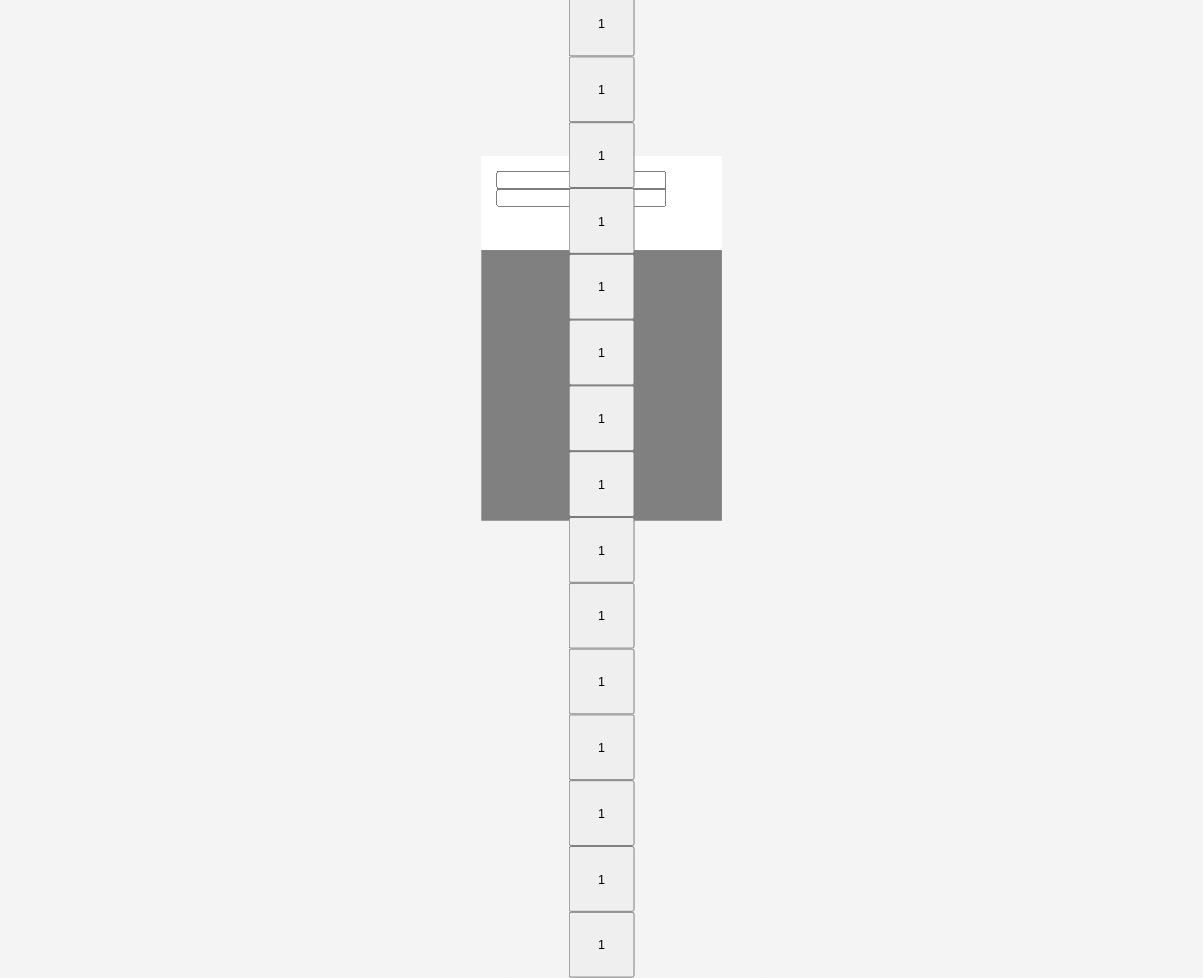
Repository: DNature/calc
Page: index.html
The author's editor kept a copy of each file at every save. The page is drawn from the files as they stood at one save, then again after the next save.
The browser window is 1280 px wide. The pictures show the whole page, at 94% of full size.

Above is the page before, as saved 2019-11-20 23:48:59.

### index.html
<!DOCTYPE html>
<html lang="en">
  <head>
    <meta charset="UTF-8" />
    <meta name="viewport" content="width=device-width, initial-scale=1.0" />
    <meta http-equiv="X-UA-Compatible" content="ie=edge" />
    <link rel="stylesheet" href="css/style.css" />
    <title>Calculator</title>
  </head>
  <body>
    <div class="calculator">
      <div class="output">
        <input type="number" id="subField" />
        <input type="number" id="mainField" />
      </div>

      <div class="inputs">
        <button class="button">1</button>
        <button class="button">1</button>
        <button class="button">1</button>
        <button class="button">1</button>
        <button class="button">1</button>
        <button class="button">1</button>
        <button class="button">1</button>
        <button class="button">1</button>
        <button class="button">1</button>
        <button class="button">1</button>
        <button class="button">1</button>
        <button class="button">1</button>
        <button class="button">1</button>
        <button class="button">1</button>
        <button class="button">1</button>
        <button class="button">1</button>
        <button class="button">1</button>
        <button class="button">1</button>
      </div>
    </div>
    <script src="./js/index.js"></script>
  </body>
</html>

### css/style.css
* {
  margin: 0;
  padding: 0;
  box-sizing: border-box;
}

body {
  font-family: Arial, Helvetica, sans-serif;
  background: #f4f4f4;
  height: 100vh;
  width: 100vw;
  display: grid;
  place-content: center;
}

.calculator {
  width: 20vw;
  background: white;
  display: grid;
  place-content: center;

  border-radius: 5px;
}

.output {
  height: 100px;
  padding: 1rem;
  background: white;
}

.inputs {
  background: grey;
  display: grid;
  place-content: center;
  height: 40vh;
}

.button {
  width: 70px;
  height: 70px;
}

Loaded but not shown: js/index.js (no stored copy; drawn as an empty file)

After the next save:
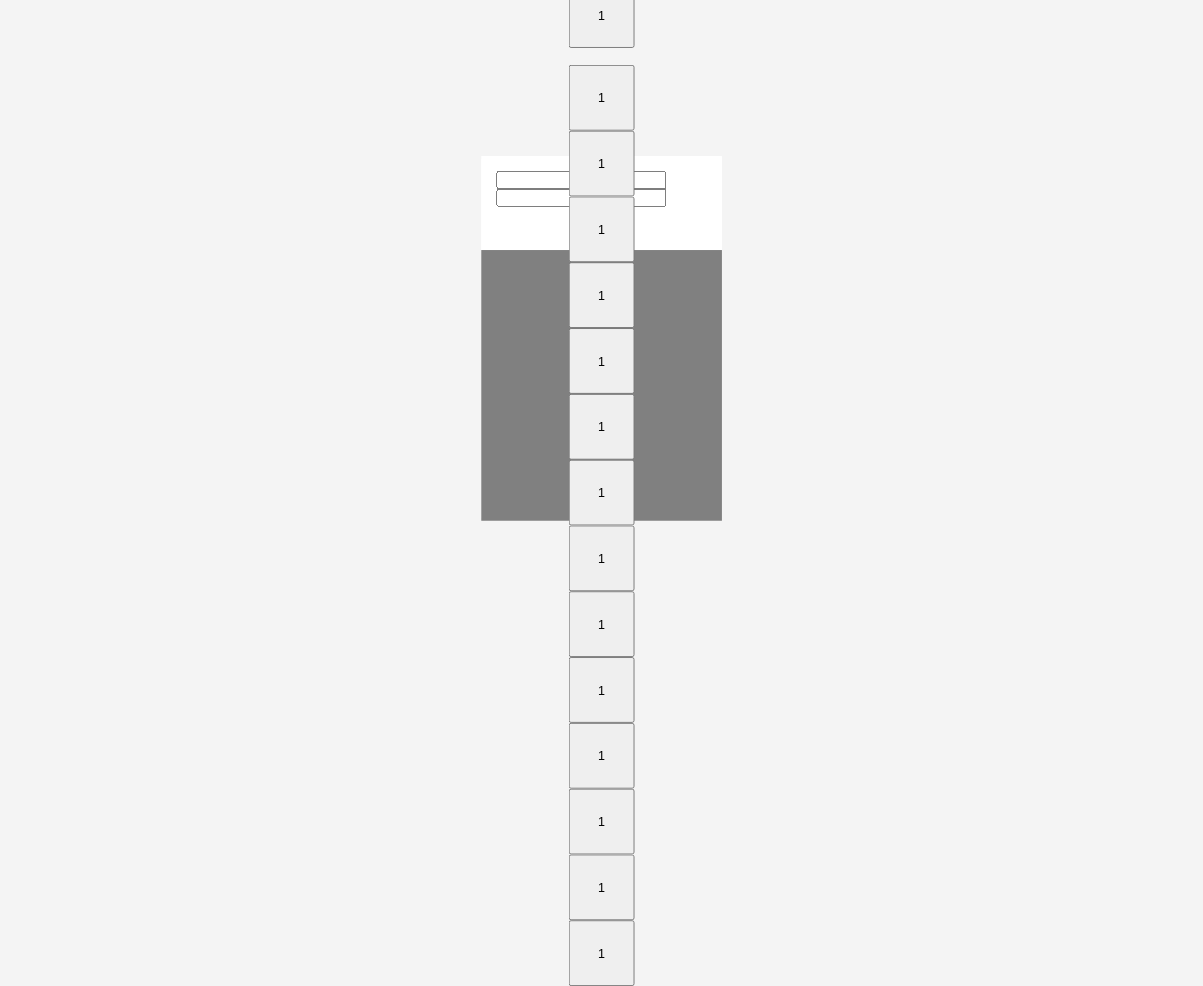
Saved 16 s later.
--- a/index.html
+++ b/index.html
@@ -18,7 +18,7 @@
         <button class="button">1</button>
         <button class="button">1</button>
         <button class="button">1</button>
-        <button class="button">1</button>
+        <button class="button">1</button> <br />
         <button class="button">1</button>
         <button class="button">1</button>
         <button class="button">1</button>

After the save that followed:
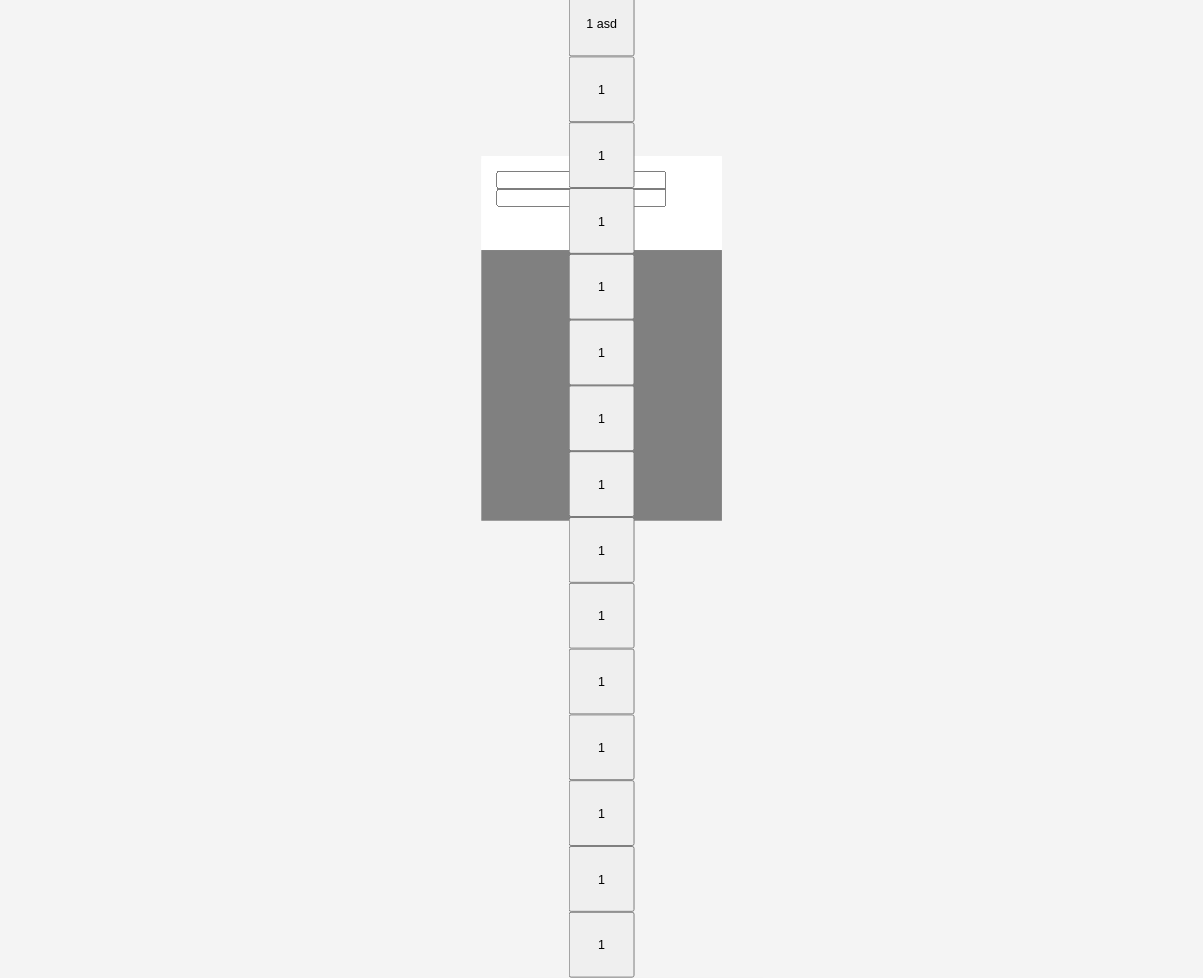
Saved 20 s later.
--- a/index.html
+++ b/index.html
@@ -18,7 +18,7 @@
         <button class="button">1</button>
         <button class="button">1</button>
         <button class="button">1</button>
-        <button class="button">1</button> <br />
+        <button class="button">1 asd</button>
         <button class="button">1</button>
         <button class="button">1</button>
         <button class="button">1</button>
